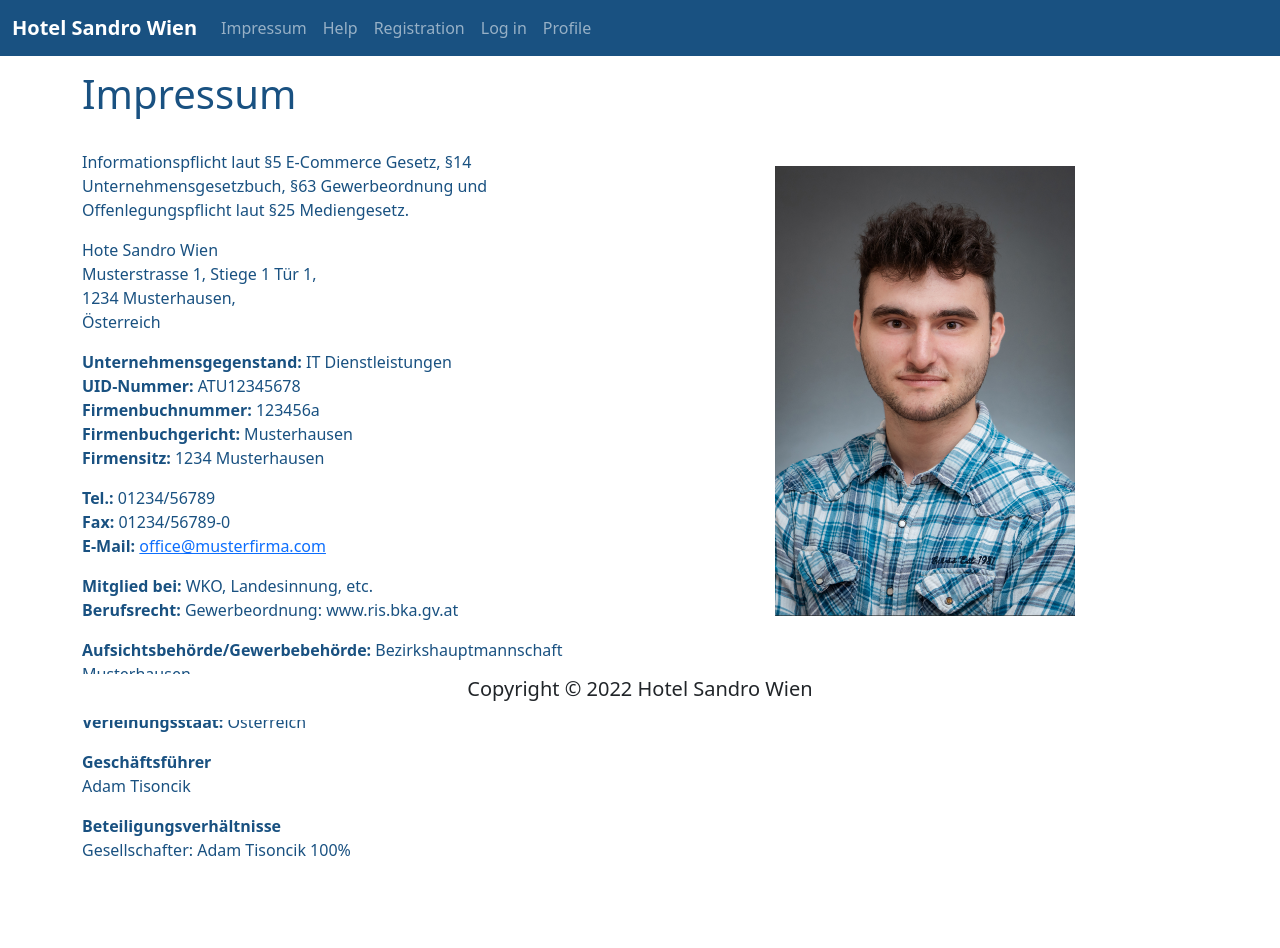
Repository: TIS0N/Hotel_Sandro
Page: http://localhost/inc/impressum.php
An editor plug-in stored every save of this project. The page is shown before and after the next save, followed by the edit.
The browser window is 1280 px wide. The pictures show the whole page.
The page is run by PHP 8.4 with error messages shown; the project is at /var/www/html/.

Above is the page before, as saved 2023-01-10 19:57:41.

After the next save:
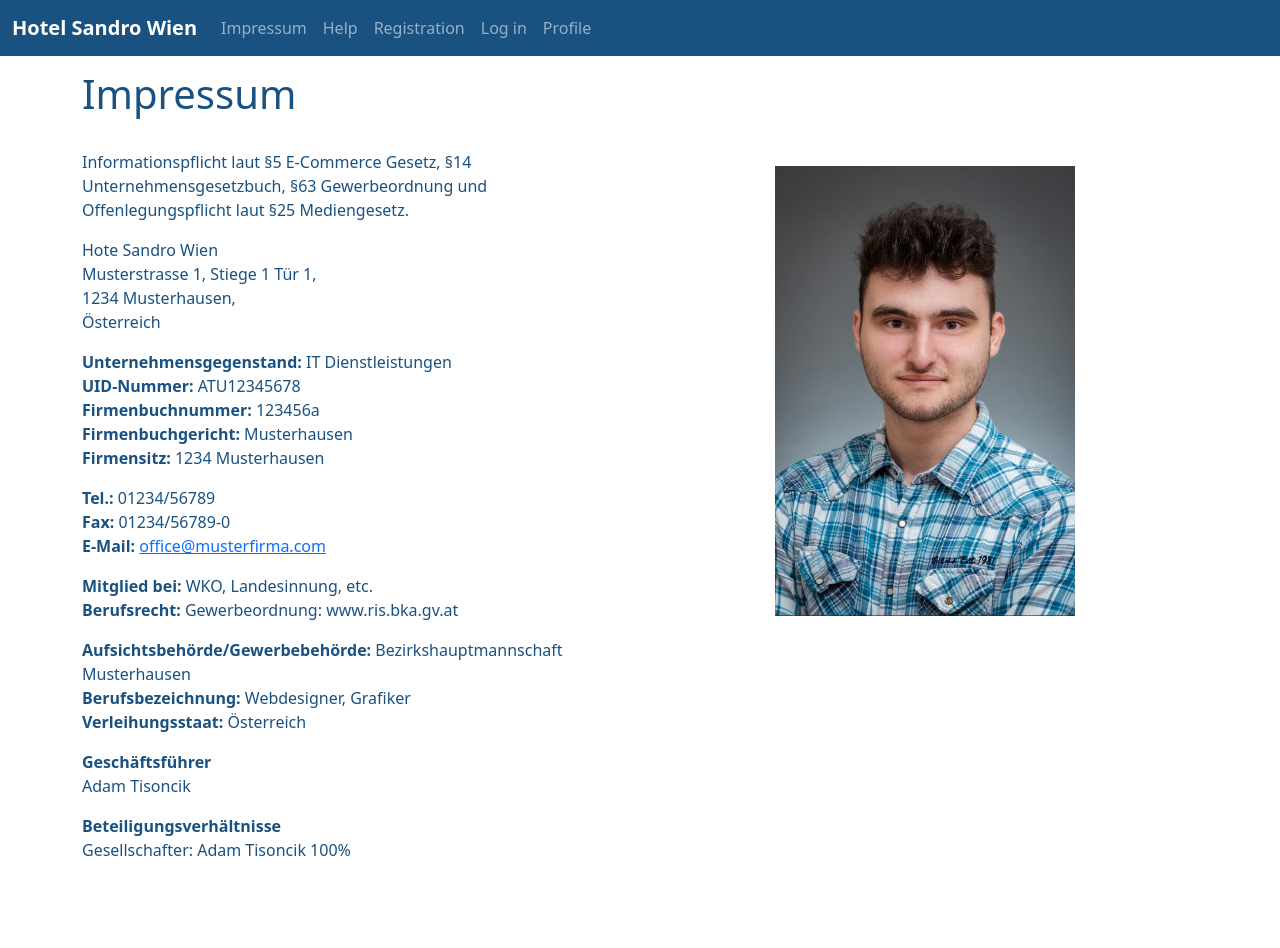
Saved 5 min 23 s later.
--- a/inc/footer.php
+++ b/inc/footer.php
@@ -1,4 +1,4 @@
-<footer class="bg-white text-dark text-center justify-content-center fixed-bottom">
+<footer class="text-white text-center justify-content-center fixed-bottom" style="color:#195181;;">
       <div class="container">
         <p class="lead">Copyright &copy; 2022 Hotel Sandro Wien</p>
 
